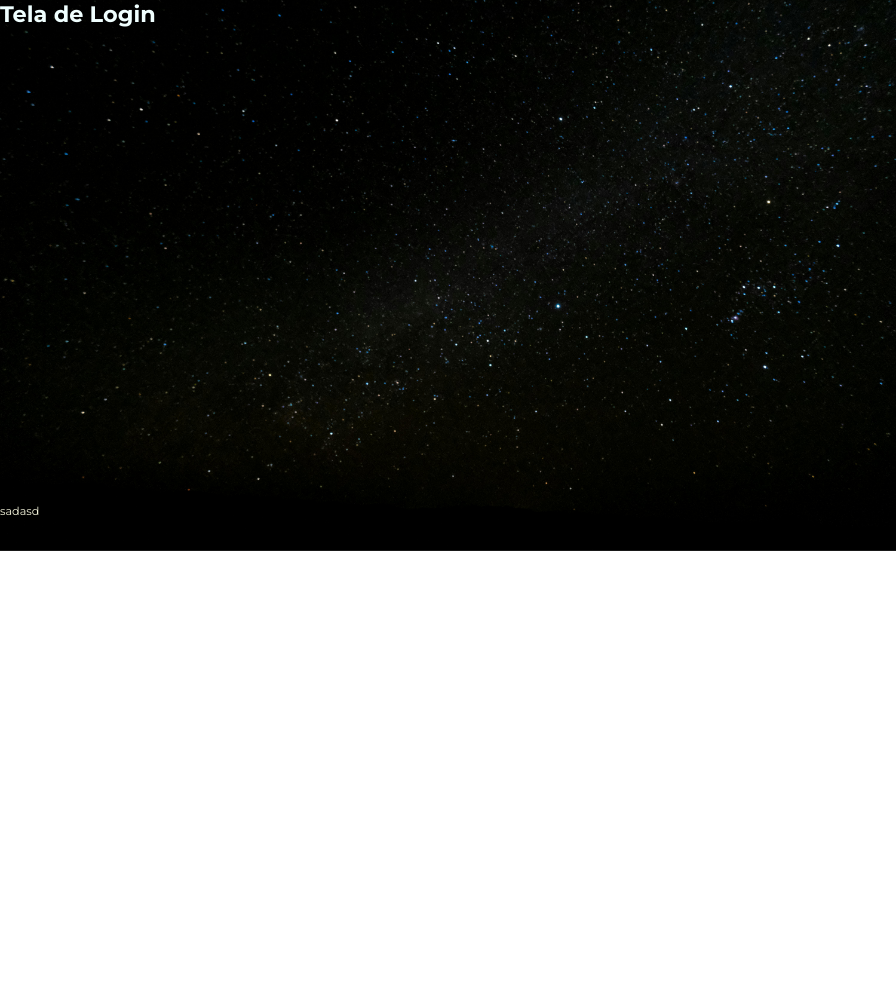
Repository: joao-paulo-paiva/tela-login
Page: index.html
An editor plug-in stored every save of this project. The page is shown before and after the next save, followed by the edit.
The browser window is 1280 px wide. The pictures show the part of the page from y = 0 to 1920 px (the page is 1440 px tall before and 2880 px after), at 70% of full size.

Above is the page before, as saved 2025-04-15 10:37:09.

After the next save:
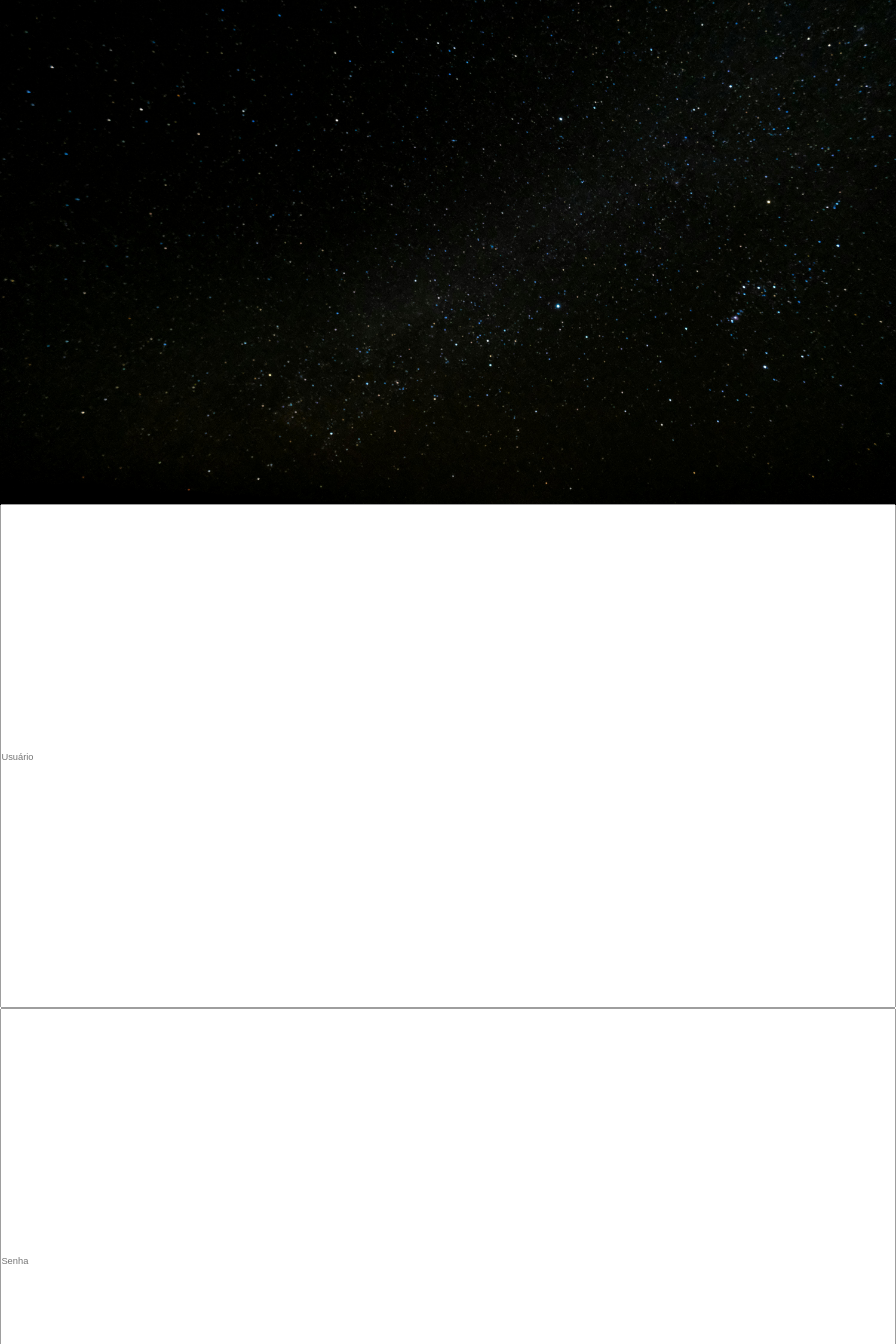
Saved 3 min 26 s later.
--- a/index.html
+++ b/index.html
@@ -3,23 +3,22 @@
 <head>
     <meta charset="UTF-8">
     <meta name="viewport" content="width=device-width, initial-scale=1.0">
-    <title>Tela de Loging</title>
+    <title>Tela de Login</title>
     <link rel="stylesheet" href="style.css">
-    <link rel="preconnect" href="https://fonts.googleapis.com">
-    <link rel="preconnect" href="https://fonts.gstatic.com" crossorigin>
-    <link href="https://fonts.googleapis.com/css2?family=DM+Sans:ital,opsz,wght@0,9..40,100..1000;1,9..40,100..1000&family=Montserrat:ital,wght@0,100..900;1,100..900&display=swap" rel="stylesheet">
 </head>
 <body>
-    <main>
-        <div class="container-main">
-            <div class="container-esquerda">
-                <h1>Tela de Login</h1>
-                <p>sadasd</p>
-            </div>
-            <div class="container-direita">
-
-            </div>
+    <div class="container">
+        <div class="esquerda">
+            <h1>Bem-vindo</h1>
+            <p>Faça login para acessar sua conta.</p>
         </div>
-    </main>
+        <div class="direita">
+            <form action="#" method="POST">
+                <input type="text" placeholder="Usuário" required>
+                <input type="password" placeholder="Senha" required>
+                <button type="submit">Entrar</button>
+            </form>
+        </div>
+    </div>
 </body>
 </html>
